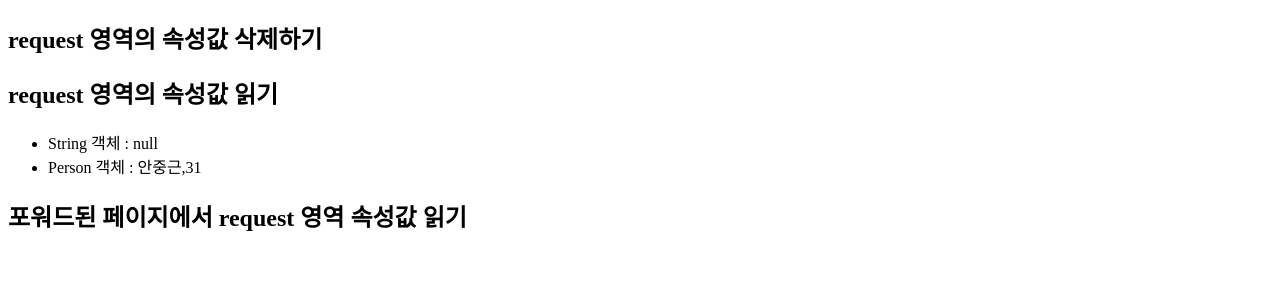
Repository: bluelessman/JSPServlet
Page: http://localhost/ServletStudy/03Scope/RequestMain.jsp
These files come from the project's save history. The page is drawn as it stood at one moment and after the next save; the edit follows.
The browser window is 1280 px wide. The pictures show the whole page.
The page is served by Tomcat 10.

Above is the page before, as saved 2023-12-12 01:38:51.

After the next save:
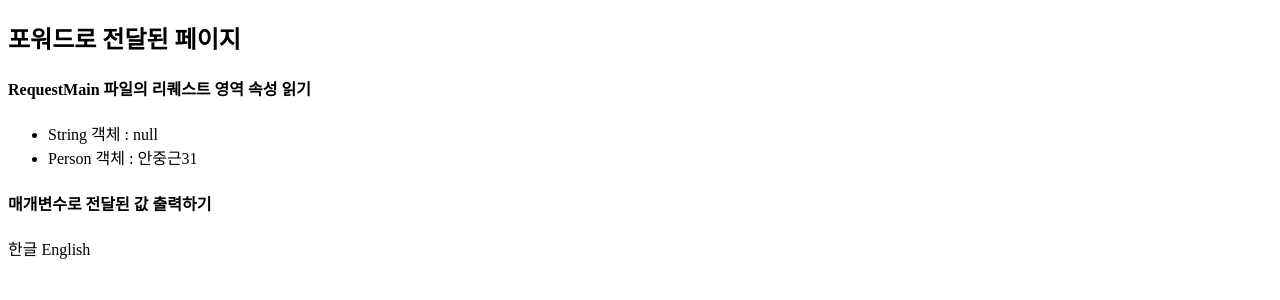
Saved 37 s later.
--- a/ServletStudy/src/main/webapp/03Scope/RequestMain.jsp
+++ b/ServletStudy/src/main/webapp/03Scope/RequestMain.jsp
@@ -25,7 +25,6 @@ Person rPerson = (Person)(request.getAttribute("requestPerson"));
 <li>Person 객체 : <%= rPerson.getName() %>,<%= rPerson.getAge() %></li>
 </ul>
 <h2>포워드된 페이지에서 request 영역 속성값 읽기</h2>
-
-<%-- request.getRequestDispatcher("RequestForward.jps?paramHan=한글&paramEng=English").forward(request, response); --%>
+<% request.getRequestDispatcher("RequestForward.jsp?paramHan=한글&paramEng=English").forward(request, response); %>
 </body>
 </html>
